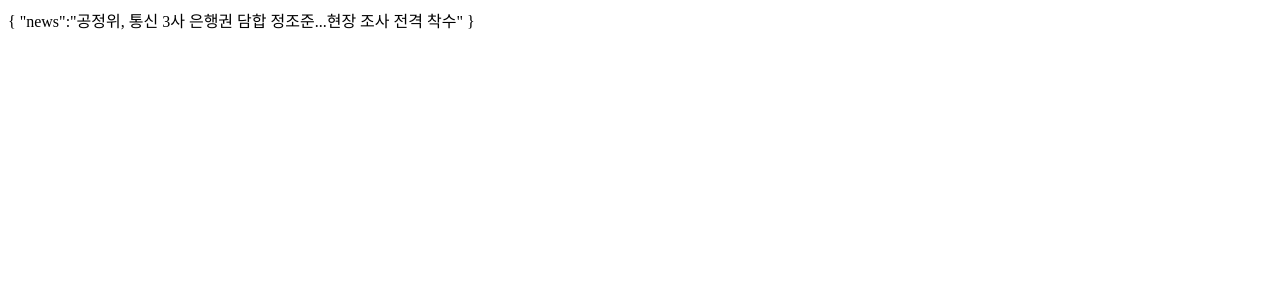
Repository: golddrone7/front
Page: http://localhost/step10_Ajax/test8/newsjson.jsp
These files come from the project's save history. The page is drawn as it stood at one moment and after the next save; the edit follows.
The browser window is 1280 px wide. The pictures show the whole page.
The page is served by Tomcat 9.

Above is the page before, as saved 2023-02-27 06:34:00.

After the next save:
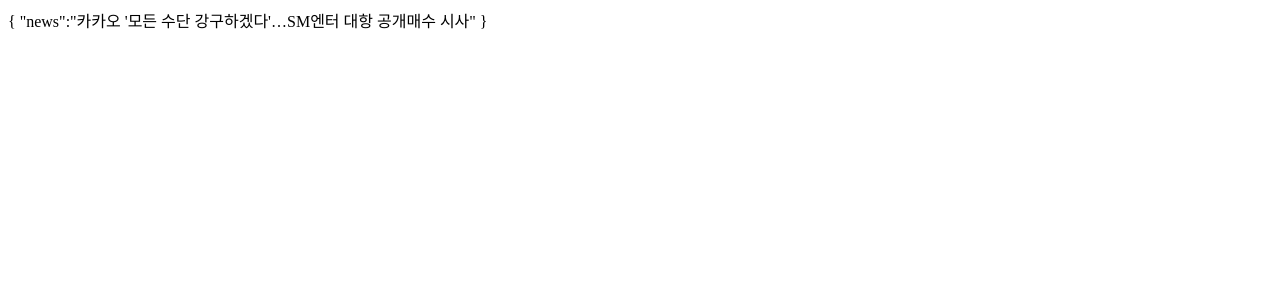
Saved 11 s later.
--- a/step10_Ajax/src/main/webapp/test8/newsjson.jsp
+++ b/step10_Ajax/src/main/webapp/test8/newsjson.jsp
@@ -16,7 +16,7 @@
 %>
 
 <%
-	int num=(int)(Math.random()*7);
+	int num=(int)(Math.random()*10);
 %>
 {
 	"news":"<%=news[num] %>"
